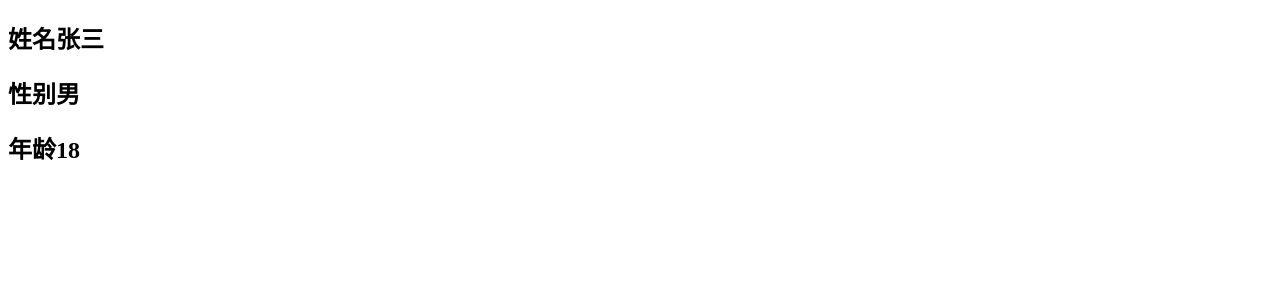
Repository: 319226862/wyy
Page: / (app in vue_test/)
These files come from the project's save history. The page is drawn as it stood at one moment and after the next save; the edit follows.
The browser window is 1280 px wide. The pictures show the whole page.
The project was rebuilt for these pictures with package versions that can differ from the ones it lists, and the page was loaded fresh each time. Also part of the build but not shown: vue_test/vue.config.js.

Above is the page before, as saved 2023-06-19 15:02:33.

### vue_test/public/index.html
<!DOCTYPE html>
<html lang="">
  <head>
    <meta charset="utf-8">
    <!-- 针对IE游览器的一个特殊配置，让IE游览器以最高级别的渲染页面 -->
    <meta http-equiv="X-UA-Compatible" content="IE=edge">
    <meta name="viewport" content="width=device-width,initial-scale=1.0">
    <link rel="icon" href="<%= BASE_URL %>favicon.ico">
    <title><%= htmlWebpackPlugin.options.title %></title>
  </head>
  <body>
    <noscript>
      <strong>We're sorry but <%= htmlWebpackPlugin.options.title %> doesn't work properly without JavaScript enabled. Please enable it to continue.</strong>
    </noscript>
    <div id="app"></div>
    <!-- built files will be auto injected -->
  </body>
</html>

### vue_test/src/main.js
// 引入vue
import Vue from 'vue'
// 引入App组件，他所有组件的父组件
import App from './App.vue'

// 关闭vue生产提示
Vue.config.productionTip = false

// 创建vue实例对象--vm
new Vue({
  render: h => h(App),
}).$mount('#app')

### vue_test/src/App.vue
<template>
  <div>
    <School/>
  </div>
</template>

<script>
import School from './components/School.vue'
export default {
  name:'App',
  data(){
    return{
      msg:'Welcome Vue'
    }
  },
  components:{
    School
  },
}
</script>

### vue_test/src/components/School.vue
<template>
    <div>
        <h2>姓名{{ name }}</h2>
        <h2>性别{{ sex }}</h2>
        <h2>年龄{{ age }}</h2>
    </div>
</template>

<script>
export default {
    name: 'School',
    data(){
        return{
            name: '张三',
            sex: '男',
            age: 18,
        }
    }
}
</script>

After the next save:
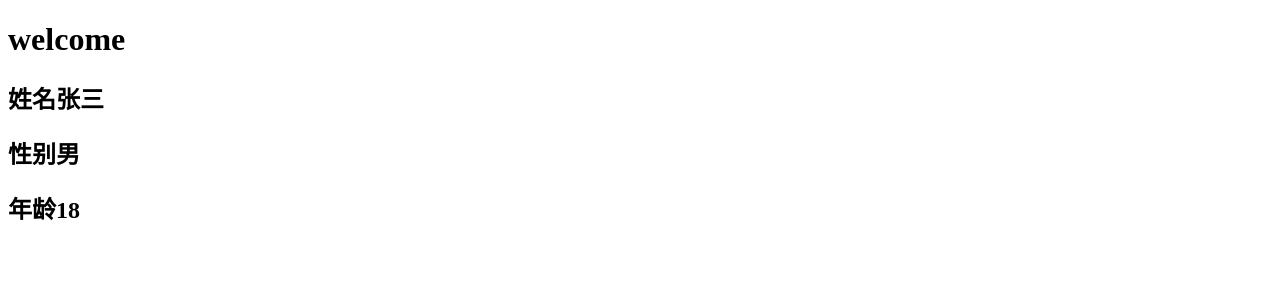
Saved 25 s later.
--- a/vue_test/src/components/School.vue
+++ b/vue_test/src/components/School.vue
@@ -1,5 +1,6 @@
 <template>
     <div>
+        <h1>{{ msg }}</h1>
         <h2>姓名{{ name }}</h2>
         <h2>性别{{ sex }}</h2>
         <h2>年龄{{ age }}</h2>
@@ -11,6 +12,7 @@ export default {
     name: 'School',
     data(){
         return{
+            msg: 'welcome',
             name: '张三',
             sex: '男',
             age: 18,
